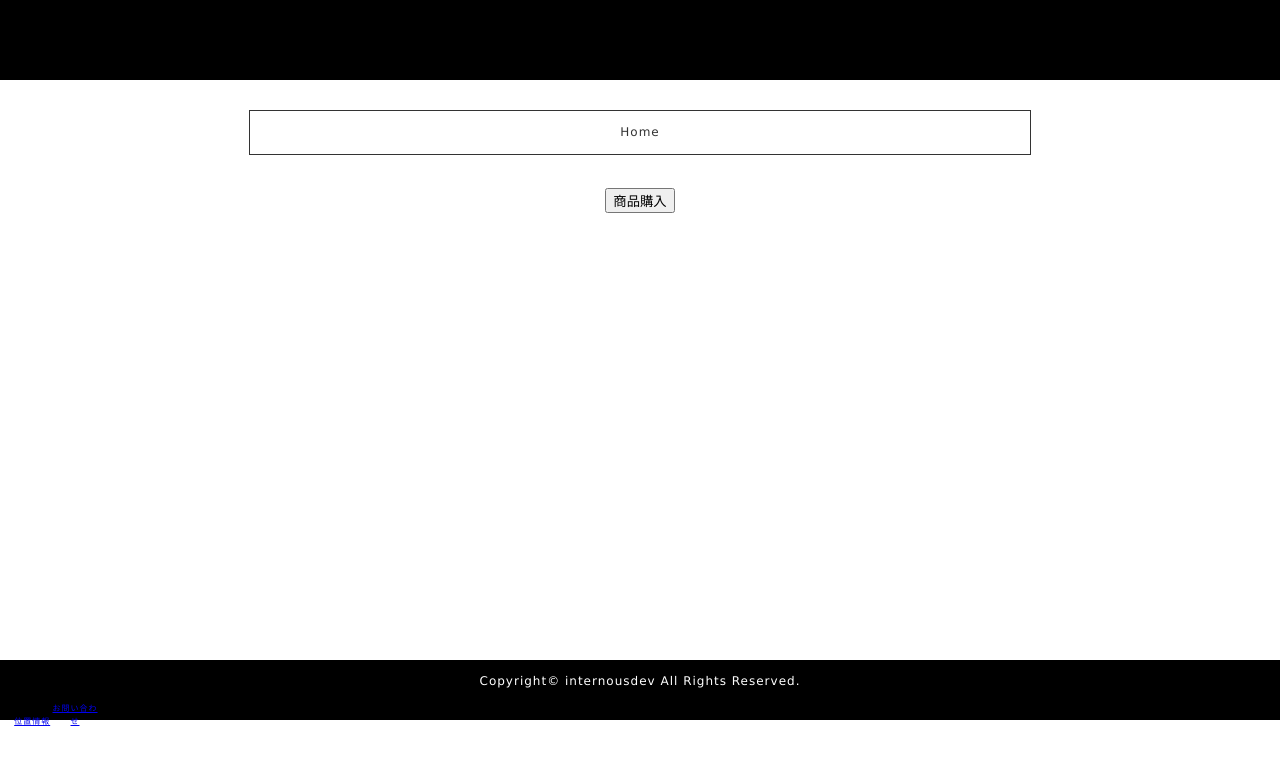
Repository: kanav0208/test
Page: http://localhost/ecsite/
An editor plug-in stored every save of this project. The page is shown before and after the next save, followed by the edit.
The browser window is 1280 px wide. The pictures show the whole page.
The page is served by Tomcat 9. Other server files are loaded and not shown.

Above is the page before, as saved 2018-02-20 04:47:21.

### ecsite/WebContent/home.jsp
<%@ page language="java" contentType="text/html; charset=UTF-8"
    pageEncoding="UTF-8"%>
<%@ taglib prefix="s" uri="/struts-tags"%>

<!DOCTYPE html>
<html>
<head>
	<meta charset="utf-8">
	<meta http-equiv="Content-Type" content="text/html; charset=utf-8" />
	<meta http-equiv="Content-Style-Type" content="text/css" />
	<meta http-equiv="Content-Script-Type" content="text/javascript" />
	<meta http-equiv="imagetoolbar" content="no" />
	<meta name="description" content="" />
	<meta name="keywords" content="" />
	<title>Home画面</title>
	<style type="text/css">
		body {
		   margin:0;
		   padding:0;
		   line-height:1.6;
		   letter-spacing:1px;
		   font-family:Verdana, Helvetica, sans-serif;
		   font-size:12px;
		   color:#333;
		   background:#fff;
		}

		table {

			margin:0 auto;
		}

		/* ========TEMPLATE LAYOUT======== */
		#top {
		   width:780px;
		   margin:30px auto;
		   border:1px solid #333;
		}

		#header {
		   width: 100%;
		   height: 80px;
		   background-color: black;
		}

		#main {
		   width: 100%;
		   height: 500px;
		   text-align: center;
		}

		#footer {
clear:left;
width:100%;
height:60px;
position: absolute;
bottom: 0;
left:0x;
color:white;
background-color:black;
text-align:center;

}


.footer_menu{
	width:100px;
	height:80px;
	position:absolute;
	bottom:
	margin:0 auto;
	font-size:8px;
}
.footer_menu_1 a{
	float:left;
	position:absolute;
	float:right;
}

.footer_menu_2{
	float:left;
}
		}


	</style>
</head>
<body>
	<div id="header">
	 	<div id="pr">
		</div>
	</div>
	<div id="main">
		<div id="top">
			<p>Home</p>
		</div>

		<div id="text-center">
			<s:form action="HomeAction">
				<s:submit value="商品購入"/>
			</s:form>
			<s:if test="#session.id != null">
				<p>ログアウトする場合は<a href='<s:url action="LogoutAction" />'>こちら</a></p>
			</s:if>
		</div>
	</div>
	 	<div id="pr">
	 	<div id="footer">
		<p>Copyright© internousdev All Rights Reserved.</p>
		<div class="footer_menu">
			<div class="footer_menu_1">
				<s:form method="post">
					<a href="ContactAction">お問い合わせ</a><br>
				</s:form>
			</div>
			<div class="footer_menu_2">
				&nbsp;&nbsp;&nbsp;&nbsp;<a
					href="https://www.google.co.jp/maps/place/インターノウス">位置情報</a>
			</div>
		</div>
	</div>
		</div>
</body>
</html>

After the next save:
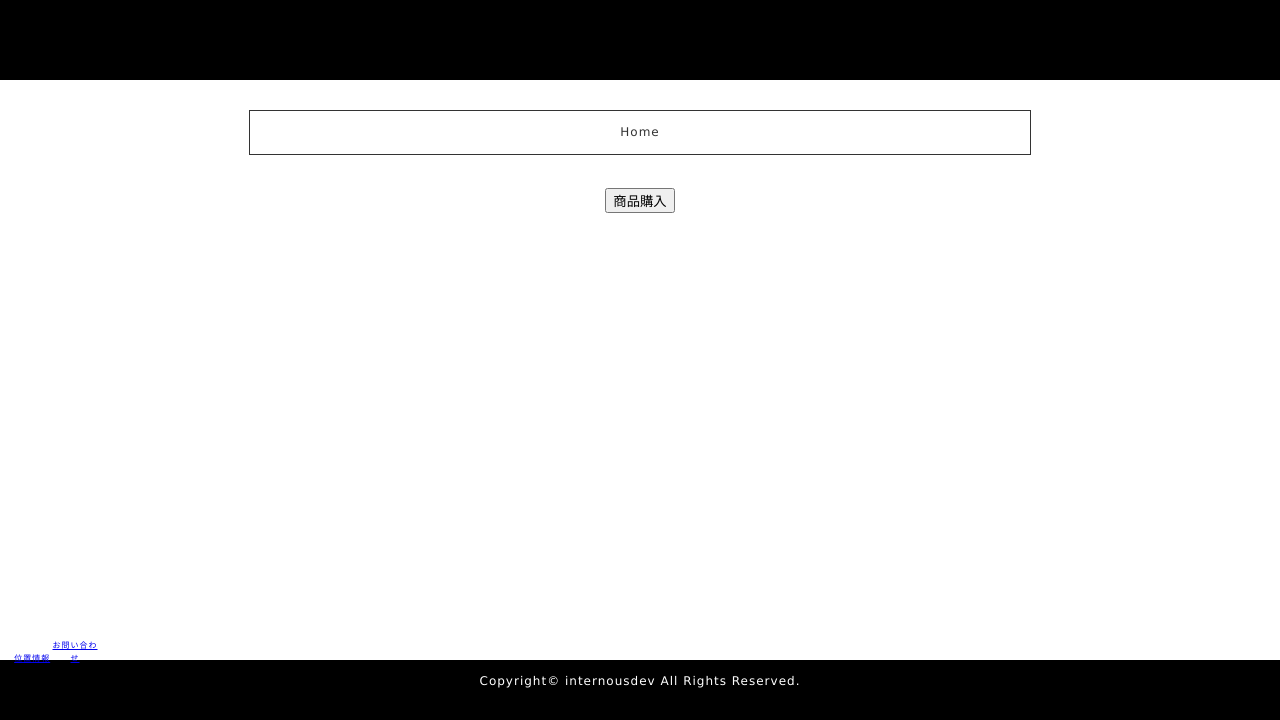
Saved 43 s later.
--- a/ecsite/WebContent/home.jsp
+++ b/ecsite/WebContent/home.jsp
@@ -67,7 +67,7 @@
 	width:100px;
 	height:80px;
 	position:absolute;
-	bottom:
+	bottom:0;
 	margin:0 auto;
 	font-size:8px;
 }

After the save that followed:
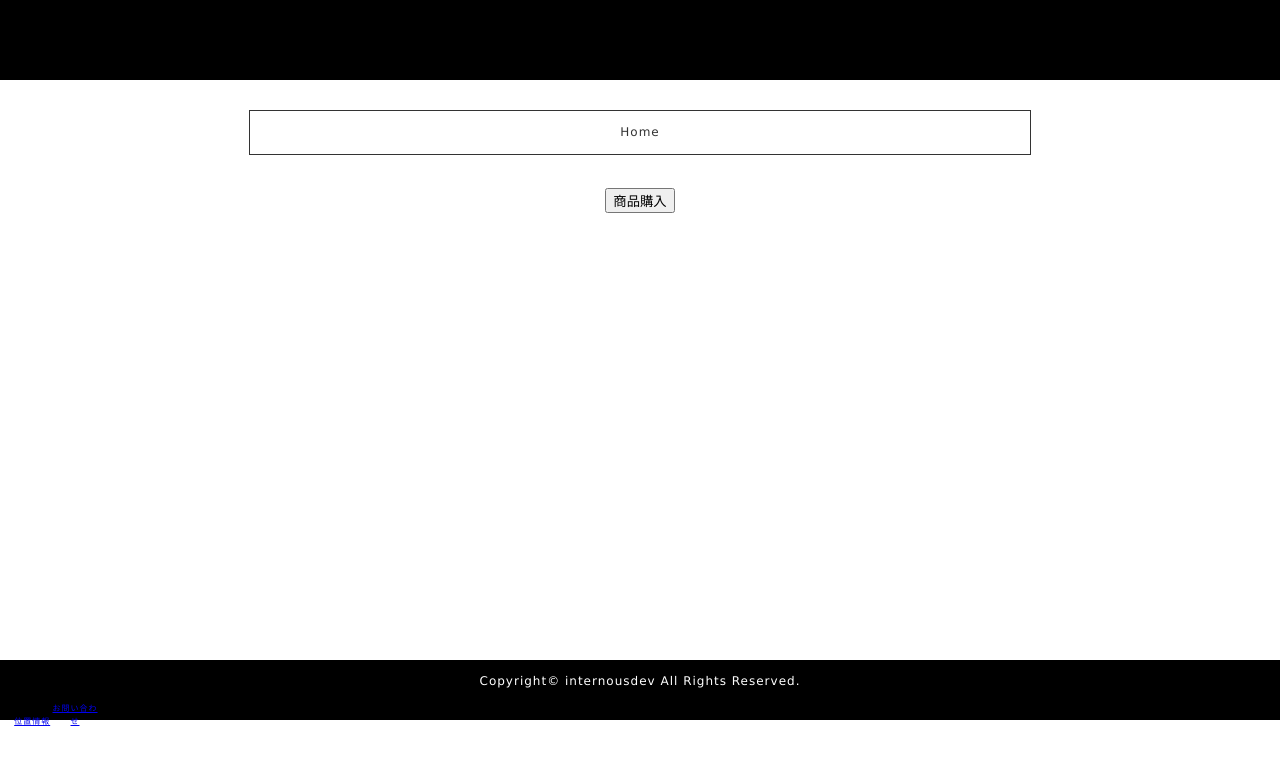
Saved 46 s later.
--- a/ecsite/WebContent/home.jsp
+++ b/ecsite/WebContent/home.jsp
@@ -67,7 +67,7 @@
 	width:100px;
 	height:80px;
 	position:absolute;
-	bottom:0;
+	bottom:30;
 	margin:0 auto;
 	font-size:8px;
 }
